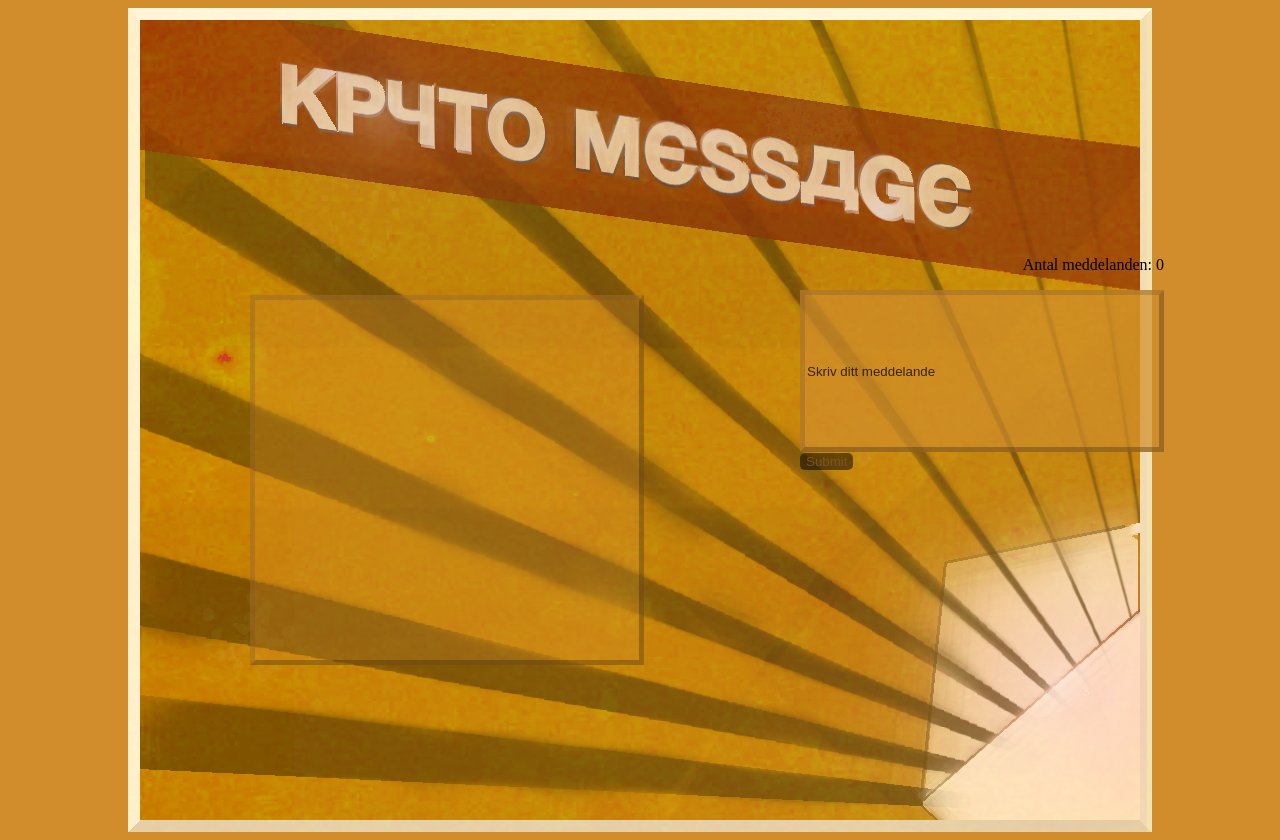
Repository: sk222sw/1dv403-laborationer
Page: 2-labbymezzage/index.html
The author's editor kept a record of every edit. The page is drawn from the files as they stood at one moment, then again after the next edit.
The browser window is 1280 px wide. The pictures show the whole page.

Above is the page before.

### 2-labbymezzage/index.html
<!DOCTYPE html>
<html lang="sv">
<head>
    <meta charset="utf-8" />
    <title>Labby Message</title>

    <link rel="stylesheet" href="css/css.css" />

    <!--<link href='http://fonts.googleapis.com/css?family=Rock+Salt' rel='stylesheet' type='text/css'>-->

</head>
    <body>
        <div id="container">
            <header>

            </header>

            <main>
                <section id="mainsection">
                                   <div id="filler1"></div>
                    <section id="msgSection">

                            <!--<div id="timeButton"></div>-->
                            <!--<div id="deleteButton"></div>-->
                            <!--<p class="time">14:30:30</p>                            -->



                    </section>

                    <section id="newTextSection">
                        <p id="messageCounter">Antal meddelanden: 0</p>
                        <form>
                            <input type="text" id="textarea" name="textarea" placeholder="Skriv ditt meddelande">
                            <input type="submit" value="Submit" id="submit" />
                        </form>
                    </section>
                </section>
            </main>


            <script type="text/javascript" src="script/MessageBoard.js"></script>
            <script type="text/javascript" src="script/message.js"></script>
        </div>
    </body>
</html>

### 2-labbymezzage/css/css.css
body {
    background-color: rgba(209, 141, 44, 1);
}

main {
    background-image: url("../pics/kpytobredare.png");
    width: 1024px;
    height: 824px;
    margin-left: auto;
    margin-right: auto;
}

#filler1 {
    position: relative;
    display: block;
    height: 270px;
    width: 200px;

}

#msgSection {
    position: absolute;
    display: inline-block;
    height: 50%;
    width: 30%;
    border: outset rgba(125, 87, 46, 0.3) 5px;
    left: 250px;
    bottom: 55px;

    background-color: rgba(209, 141, 44, 0.3);
    overflow: auto;
}

#submit {
    background-color: rgba(0, 0, 0, 0.5);
    color: rgba(125, 87, 46, 0.9);

    border: none;
    border-radius: 5px;
}

#newTextSection {
    position: absolute;
    display: inline-block;

    bottom: 250px;
    left: 800px;
}

#textarea {
    height: 150px;
    width: 350px;
    display: block;
    background-color: rgba(209, 141, 44, 0.7);
    border: outset rgba(125, 87, 46, 0.3) 5px;
    color: rgba(42, 22, 0, 0.9);
}


/*http://css-tricks.com/snippets/css/style-placeholder-text/*/
::-webkit-input-placeholder {
   color: rgba(42, 22, 0, 0.9);;
}
:-moz-placeholder { /* Firefox 18- */
   color: rgba(42, 22, 0, 0.9);;
}
::-moz-placeholder {  /* Firefox 19+ */
   color: rgba(42, 22, 0, 0.9);;
}
:-ms-input-placeholder {
   color: rgba(42, 22, 0, 0.9);;
}


.time {
    text-align: right;
    font-size: 10px;
}


#timeButton {
	background: url('../pics/222.png') no-repeat -1px -17px;
	opacity: 0.5;
	width: 13px;
	height: 11px;
    float: right;
    margin-right: 1px;
}

#deleteButton {
	background: url('../pics/222.png') no-repeat -2px -2px;
	width: 13px;
	height: 13px;
	float:right;
}

.messageDiv {
    width: 350px;
    height: auto;
    background-color: rgba(42, 22, 0, 0.2);
    position: relative;
    right: -30px;
    top: 10px;
    font-family: "Arial black";
    padding: 10px;
    margin-top: 5px;
    color: rgba(0, 0, 0, 0.75);
}

/*http://stackoverflow.com/questions/7725652/css-scrollbar-style-cross-browser*/
::-webkit-scrollbar
{
  width: 12px;  /* for vertical scrollbars */
  height: 12px; /* for horizontal scrollbars */
}

::-webkit-scrollbar-track
{
  background: rgba(0, 0, 0, 0.1);
}

::-webkit-scrollbar-thumb
{
  background: rgba(0, 0, 0, 0.5);
}

#buttons {
    padding: 3px;
    padding-bottom: 1px;
    border-right: solid #0004FF 2px;
    border-top: solid #0004FF 2px;
    border-bottom: solid #0004FF 2px;
    float: right;
    margin-top: 5px;
}

#messageCounter {
    text-align: right;
}

/*antal meddelanden: x*/
#messageCount {
    color: rgba(0, 0, 0, 0.75);
    font-family: "Arial Black";
    background: rgba(0, 0, 0, 0.1);
}


.msgText {
    padding-left: 5px;
}

#textarea {

}

.buttonDiv{
    position: relative;
    display: inline-block;

    width: 50px;
}

.smallText {
    font-size: 12px;
    font-family: serif;
    text-align: right;
}

### 2-labbymezzage/script/MessageBoard.js
"use strict";

    var MessageBoard = {
        messages: [],


        submit: document.getElementById("submit"),
        textarea: document.getElementById("textarea"),
        messageDiv: document.getElementById("msgSection"),



        init:function(){
            document.getElementById("submit").onclick = MessageBoard.createMessage;
            // console.log((new Date()).toISOString().slice(0,10).replace(/-/g," "));

                MessageBoard.textarea.keypress = function(event) {
                        if (event.keyCode == 13 && event.shiftKey) {
                         return false;
                         }
                         else {
                         MessageBoard.writeMessages();
                         }
                };
        },

        createMessage: function (e){
            if (MessageBoard.textarea.value !== "") {
                MessageBoard.messages.push(new Message(MessageBoard.textarea.value, new Date()));
                MessageBoard.writeMessages(MessageBoard.messages);
            }
            else {
                MessageBoard.textarea.placeholder = "Var god skriv ett meddelande.";
            }
            return false; // för att förhindra att sidan defaultladdas om
        },

        writeThisMessage: function(thisMess){
            var div = document.createElement("div");
            var mess = document.getElementById("mainsection");
            var pTime = document.createElement("p");
            var deleteButton = document.createElement("div");
            var timeButton = document.createElement("div");
            var buttonDiv = document.createElement("div");

            buttonDiv.setAttribute("class", "buttonDiv")
            timeButton.setAttribute("id", "timeButton");
            deleteButton.setAttribute("id", "deleteButton");

            var messageDiv = document.getElementById("msgSection");

            pTime.className = "smallText";
            div.className = "messageDiv";

            //hittat på http://stackoverflow.com/questions/6312993/javascript-seconds-to-time-string-with-format-hhmmss
            var timeString = MessageBoard.messages[thisMess].getDate().toTimeString().replace(/.*(\d{2}:\d{2}:\d{2}).*/, "$1");

            div.innerHTML = MessageBoard.messages[thisMess].getText();
            pTime.innerHTML = timeString;

                messageDiv.appendChild(div);
                buttonDiv.appendChild(deleteButton);
                buttonDiv.appendChild(timeButton);
                buttonDiv.appendChild(pTime);
                div.appendChild(buttonDiv);

                MessageBoard.textarea.placeholder = "Skriv här";
                MessageBoard.textarea.value = "";   //Tar bort den inskrivna texten från textarea


            deleteButton.onclick = function(){
                if(confirm("Vill du ta bort?")) {
                    MessageBoard.deleteMessage(thisMess);
                }
            };

            timeButton.onclick = function(){
                alert(MessageBoard.messages[thisMess].toString());
                return false;
            }

        },

        writeMessages: function (message) {

            MessageBoard.messageDiv.innerHTML = "";  //Raderar alla meddelanden innan loopen skriver ut dem igen
            for (var i = 0; i < MessageBoard.messages.length; i++) {
                MessageBoard.writeThisMessage(i);
            }
                var count = MessageBoard.messageCounter();

                var messages = document.getElementById("messageCount");
                messages.innerHTML = "Antal meddelanden: " + count;
                return false;


        },

        messageCounter: function(e) {
            return MessageBoard.messages.length;
        },

        deleteMessage: function(thisMess){
            MessageBoard.messages.splice(thisMess, 1);
            MessageBoard.writeMessages();
            return false;
        }



    };



window.onload = MessageBoard.init;

### 2-labbymezzage/script/message.js
"use strict";

function Message (message, date) {

    this.getText = function() {
        return message;
    },

    this.setText = function(_text) {
        message = _text;
    };

    this.getDate = function() {
        return date;
    };

    this.setDate = function(_date) {
        date = _date;
    };

}

Message.prototype.toString = function() {
    var date = this.getDate();

    var monthNames = [ "januari", "februari", "mars", "april", "maj", "juni",
        "juli", "augusti", "september", "oktober", "november", "december" ];

    var day = date.getDate();
    var month = monthNames[date.getMonth()];
    var year = date.getFullYear();
    var hour = date.getHours();
    var minute = date.getMinutes();
    var second = date.getSeconds();

    var time = this.getDate().toTimeString().replace(/.*(\d{2}:\d{2}:\d{2}).*/, "$1");

    return "Meddelandet skapades den " + day + " " + month + " " + year + " klockan " + time + ".";
};

Message.prototype.getHTMLText = function() {
    return Message.getText;
};

Message.prototype.getDateText = function() {
    return Message.getDate;
};

After the next edit:
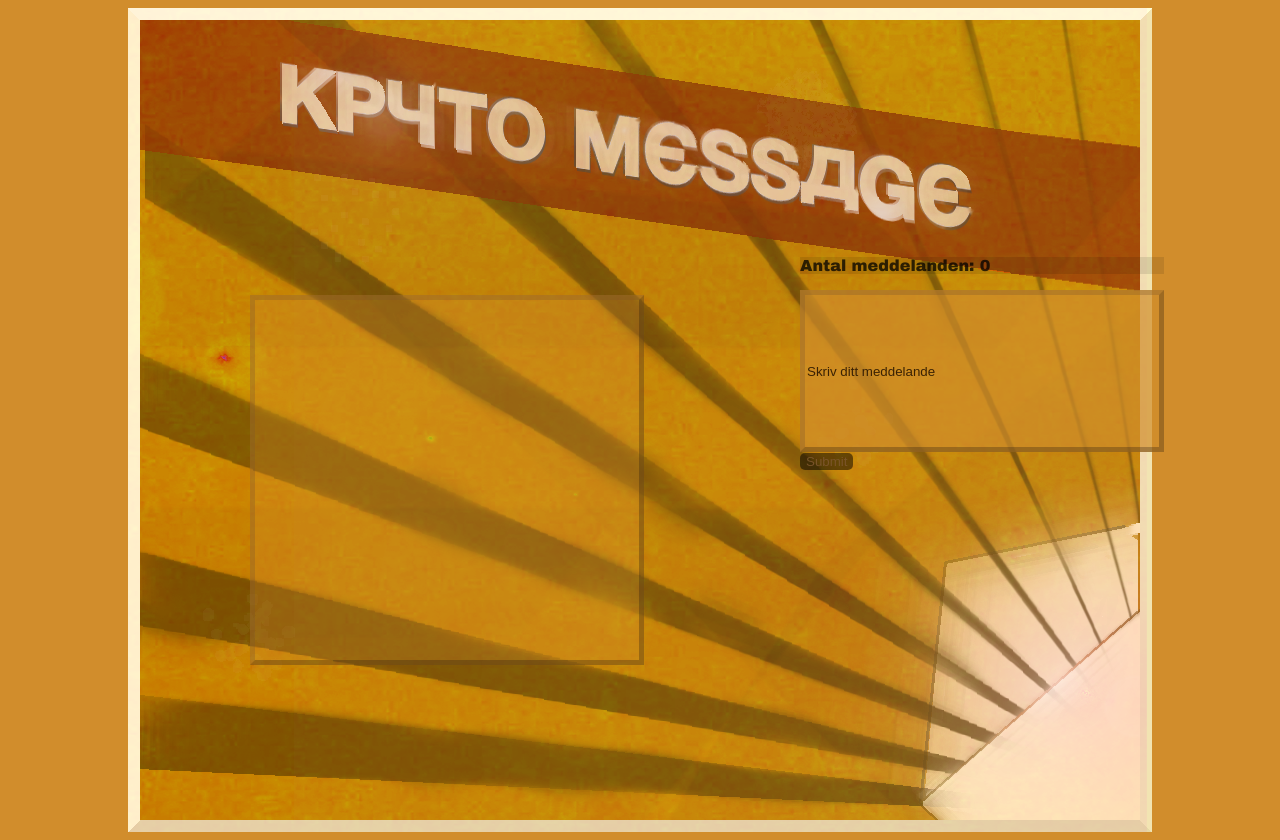
The edit:
--- a/2-labbymezzage/index.html
+++ b/2-labbymezzage/index.html
@@ -29,7 +29,7 @@
                     </section>
 
                     <section id="newTextSection">
-                        <p id="messageCounter">Antal meddelanden: 0</p>
+                        <p id="messageCount">Antal meddelanden: 0</p>
                         <form>
                             <input type="text" id="textarea" name="textarea" placeholder="Skriv ditt meddelande">
                             <input type="submit" value="Submit" id="submit" />
